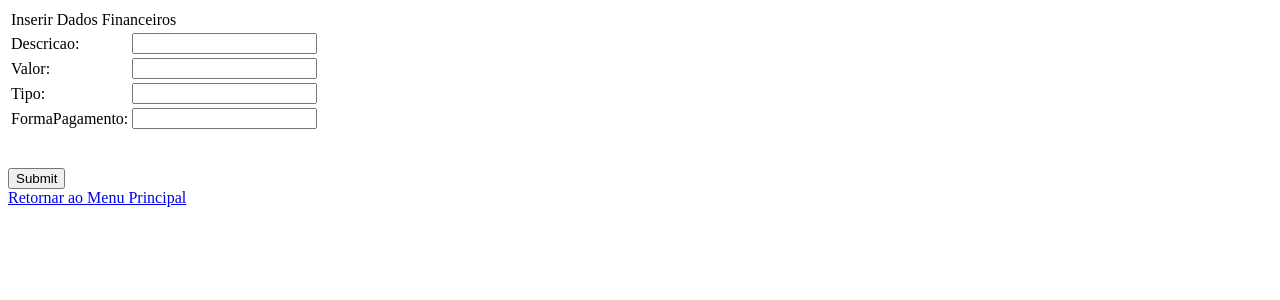
Repository: TadeuN1/PersonalProject-mySQL-eclipseIDE
Page: Movimentacoes/src/main/webapp/InfoMovimentacoes.html
These files come from the project's save history. The page is drawn as it stood at one moment and after the next save; the edit follows.
The browser window is 1280 px wide. The pictures show the whole page.

Above is the page before, as saved 2023-06-29 02:12:42.

### Movimentacoes/src/main/webapp/InfoMovimentacoes.html
<!DOCTYPE html>
<html>
	<head>
		<meta charset="UTF-8">
		<title>Especificacao de dados</title>
	</head>
	<body>
		<form method="post" action="InfoMovimentacoes">
		<table>
			<tr>
				<td colspan="2">Inserir Dados Financeiros</td>
			</tr>
			<tr>
				<td>Descricao:</td>
				<td><input type="text" name="descricao"></td>
			</tr>
			<tr>
				<td>Valor:</td>
				<td><input type="text" name="valor"></td>
			</tr>
			<tr>
				<td>Tipo:</td>
				<td><input type="text" name="tipo"></td>
			</tr>
			<tr>
				<td>FormaPagamento:</td>
				<td><input type="text" name="formapagamento"></td>
			</tr>
		</table>
		<br><br>
		<input type="Submit" name="Gravar">
		</form>

		<a href="/Movimentacoes">Retornar ao Menu Principal</a>

	</body>
</html>

After the next save:
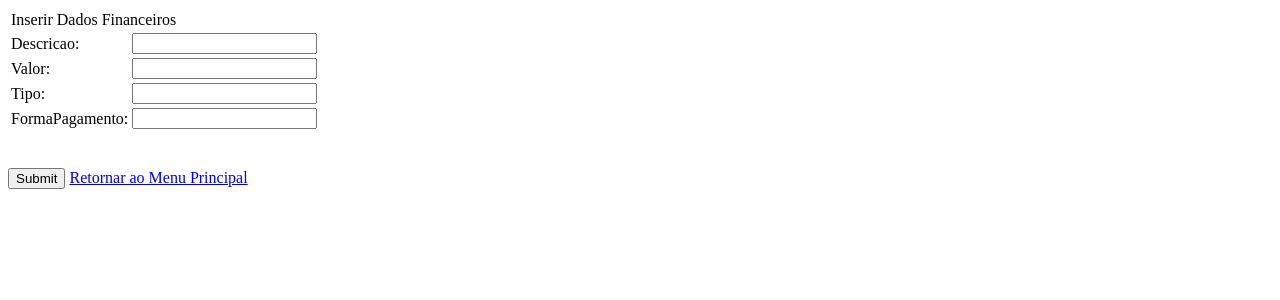
Saved 42 s later.
--- a/Movimentacoes/src/main/webapp/InfoMovimentacoes.html
+++ b/Movimentacoes/src/main/webapp/InfoMovimentacoes.html
@@ -29,9 +29,7 @@
 		</table>
 		<br><br>
 		<input type="Submit" name="Gravar">
+		<a href="/Movimentacoes">Retornar ao Menu Principal</a>
 		</form>
-
-		<a href="/Movimentacoes">Retornar ao Menu Principal</a>
-
 	</body>
 </html>
